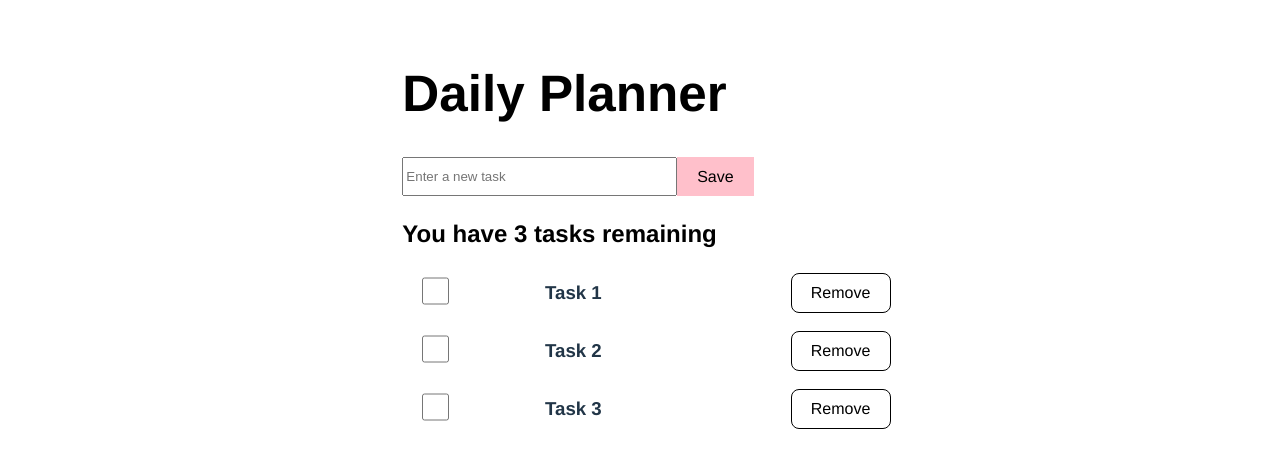
Repository: MonicaNguyenH/Frontend_Assignment6
Page: / (app in react/)
The author's editor kept a copy of each file at every save. The page is drawn from the files as they stood at one save, then again after the next save.
The browser window is 1280 px wide. The pictures show the whole page.
The project was rebuilt for these pictures with package versions that can differ from the ones it lists, and the page was loaded fresh each time. Also part of the build but not shown: react/vite.config.js.

Above is the page before, as saved 2024-10-11 14:24:44.

After the next save:
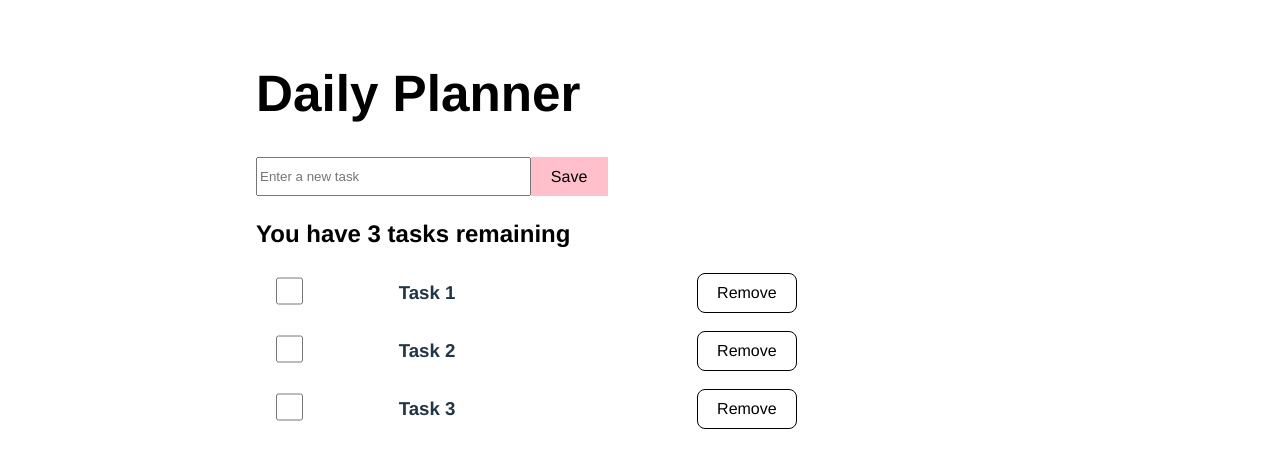
Saved 44 s later.
--- a/react/src/App.css
+++ b/react/src/App.css
@@ -1,5 +1,5 @@
 #root {
-  max-width: 1280px;
+  width: 60%;
   padding: 2rem;
   text-align: center;
 
